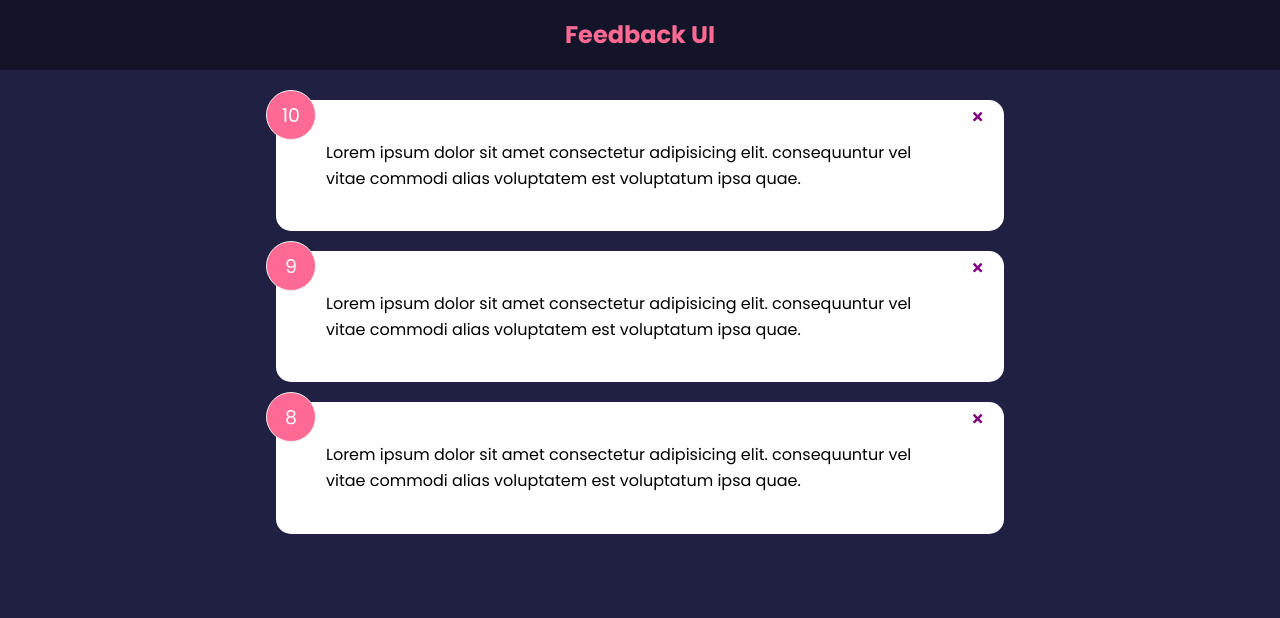
Repository: minhtien9/Feedback_App
Page: /
The author's editor kept a copy of each file at every save. The page is drawn from the files as they stood at one save, then again after a run of saves.
The browser window is 1280 px wide. The pictures show the whole page.
The project was rebuilt for these pictures with package versions that can differ from the ones it lists, and the page was loaded fresh each time.

Above is the page before, as saved 2022-02-17 19:17:55.

After the next 3 saves:
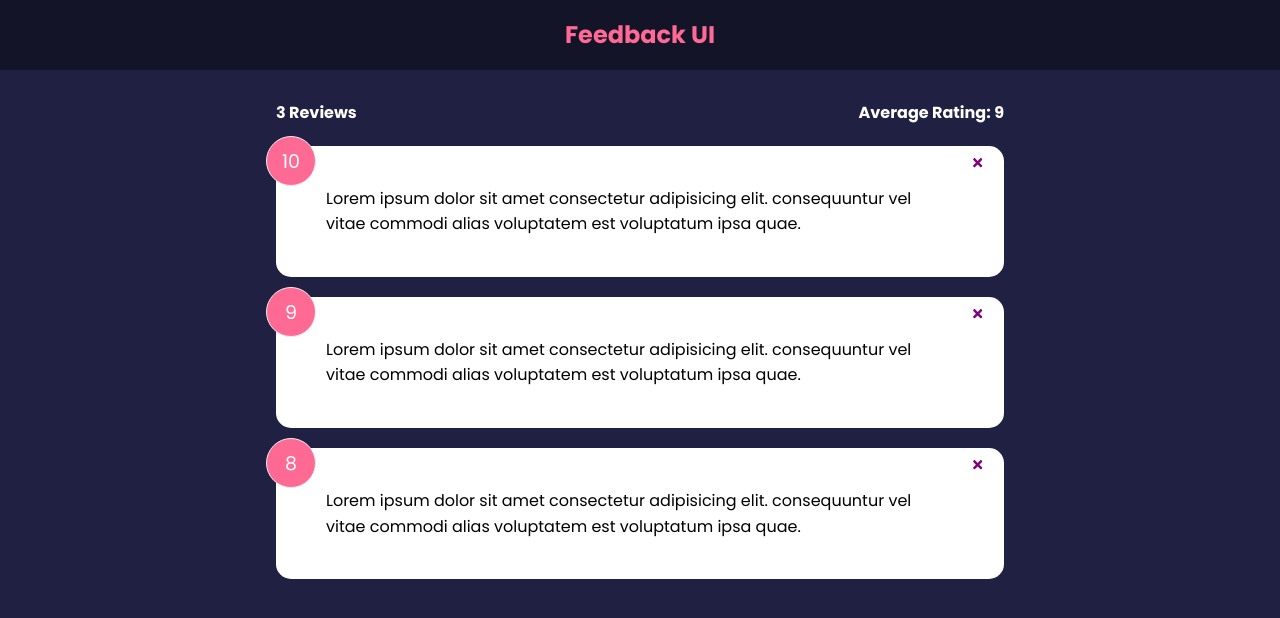
The 3 saves are shown as one change because 2 did not build or start.
The last was saved 45 s later.
--- a/src/App.js
+++ b/src/App.js
@@ -4,6 +4,7 @@ import FeedbackData from './data/FeedbackData'
 import FeedbackList from './components/FeedbackList'
 
 import { useState } from 'react'
+import FeedbackStats from './components/FeedbackStats'
 
 function App() {
     const [feedback, setFeedback] = useState(FeedbackData)
@@ -17,6 +18,7 @@ function App() {
         <div className='App'>
             <Header />
             <div className='container'>
+                <FeedbackStats feedback={feedback} />
                 <FeedbackList
                     feedback={feedback}
                     handeDelete={deleteFeedback}
